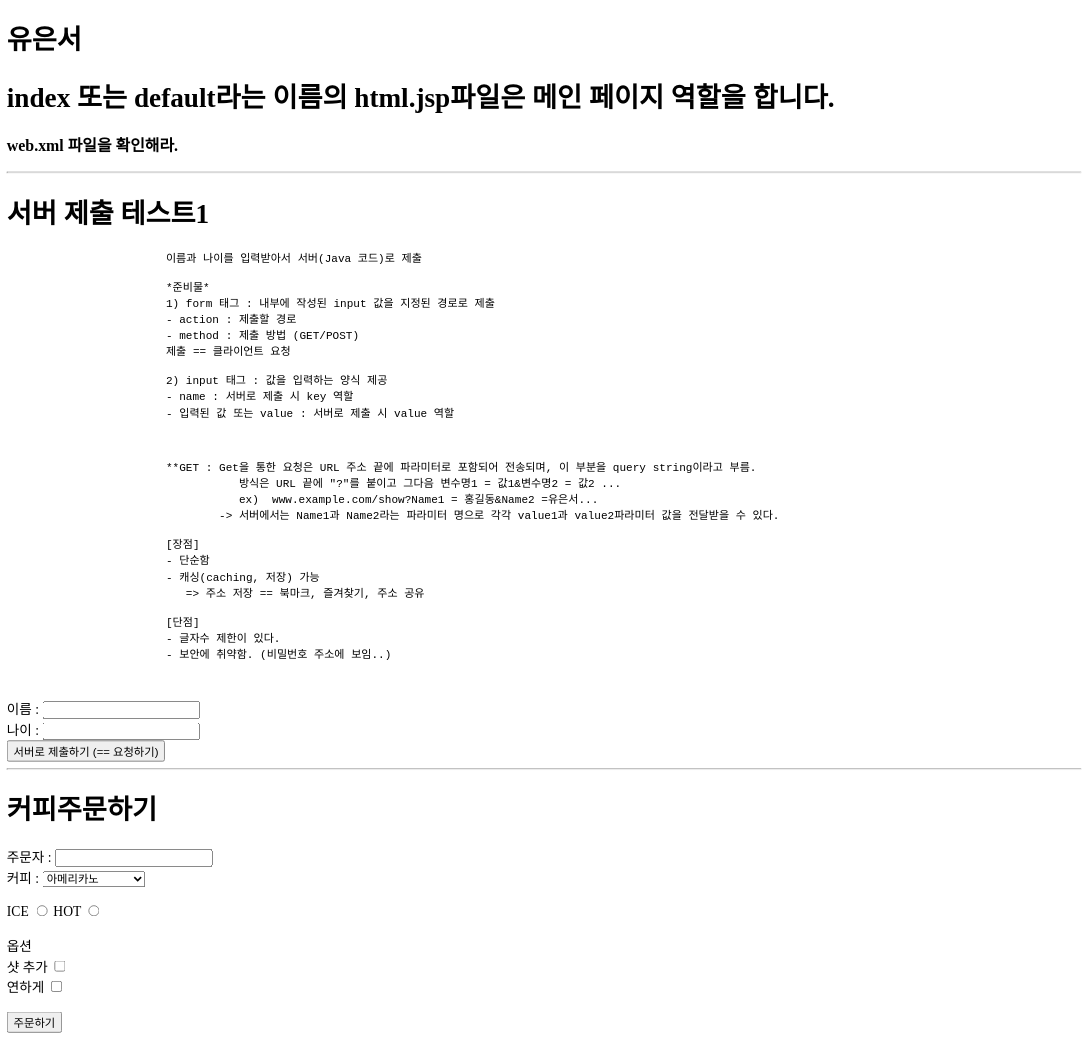
Repository: vegayes/06_Server
Page: ServletProject/src/main/webapp/index.html
These files come from the project's save history. The page is drawn as it stood at one moment and after the next save; the edit follows.
The browser window is 1280 px wide. The pictures show the whole page, at 85% of full size.

Above is the page before, as saved 2023-09-15 02:54:42.

### ServletProject/src/main/webapp/index.html
<!DOCTYPE html>
<html lang="en">
	<head>
		<meta charset="UTF-8">
		<meta name="viewport" content="width=device-width, initial-scale=1.0">
		<title>Servlet 프로젝트</title>
	</head>
	<body>
		<h1>유은서</h1>
		<h1>index 또는 default라는 이름의 html.jsp파일은 메인 페이지 역할을 합니다.</h1>
		<h3>web.xml 파일을 확인해라.</h3>

		<hr>

		<h1>서버 제출 테스트1</h1>
		<pre>
			이름과 나이를 입력받아서 서버(Java 코드)로 제출

			*준비물*
			1) form 태그 : 내부에 작성된 input 값을 지정된 경로로 제출
			- action : 제출할 경로
			- method : 제출 방법 (GET/POST)
			제출 == 클라이언트 요청

			2) input 태그 : 값을 입력하는 양식 제공
			- name : 서버로 제출 시 key 역할
			- 입력된 값 또는 value : 서버로 제출 시 value 역할



			**GET : Get을 통한 요청은 URL 주소 끝에 파라미터로 포함되어 전송되며, 이 부분을 query string이라고 부름.
				   방식은 URL 끝에 "?"를 붙이고 그다음 변수명1 = 값1&변수명2 = 값2 ...
				   ex) 	www.example.com/show?Name1 = 홍길동&Name2 =유은서...
				-> 서버에서는 Name1과 Name2라는 파라미터 명으로 각각 value1과 value2파라미터 값을 전달받을 수 있다.

			[장점]
			- 단순함
			- 캐싱(caching, 저장) 가능
			   => 주소 저장 == 북마크, 즐겨찾기, 주소 공유

			[단점]
			- 글자수 제한이 있다.
			- 보안에 취약함. (비밀번호 주소에 보임..)

		</pre>

		<form action ="/example1" method="get">
			이름 : <input type ="text" name = "inputName"> <br>
			나이 : <input type="number" name = "inputAge"> <br>

			<button>서버로 제출하기 (== 요청하기)</button>
		</form>

		<hr>
		<h1>커피주문하기</h1>

		<form action ="/example2" method="get">
			주문자 : <input name ="orderer">
			<br>
			<!-- option에 value 없으면 작성된 내용이 value가 됨.-->
			커피 :
			<select name = "coffee">
				<option>아메리카노</option>
				<option>카페라떼</option>
				<option>카푸치노</option>
				<option>콜드브루</option>
				<option>민트초코칩프라페</option>
			</select>

			<br><br>
			ICE <input type ="radio" name = "type" value="ICE">
			HOT <input type ="radio" name = "type" value="HOT">
			<!--radio타입에서  value값 지정하지 않으면 on으로 제출됨 그래서 value값 지정하길 권장-->

			<br><br>
			옵션 <br>
			샷 추가 <input type="checkbox" name = "opt" value = "shot">
			<br>
			연하게 <input type="checkbox" name = "opt" value = "mild">

			<br><br>
			<button>주문하기</button>

		</form>




	</body>
</html>

After the next save:
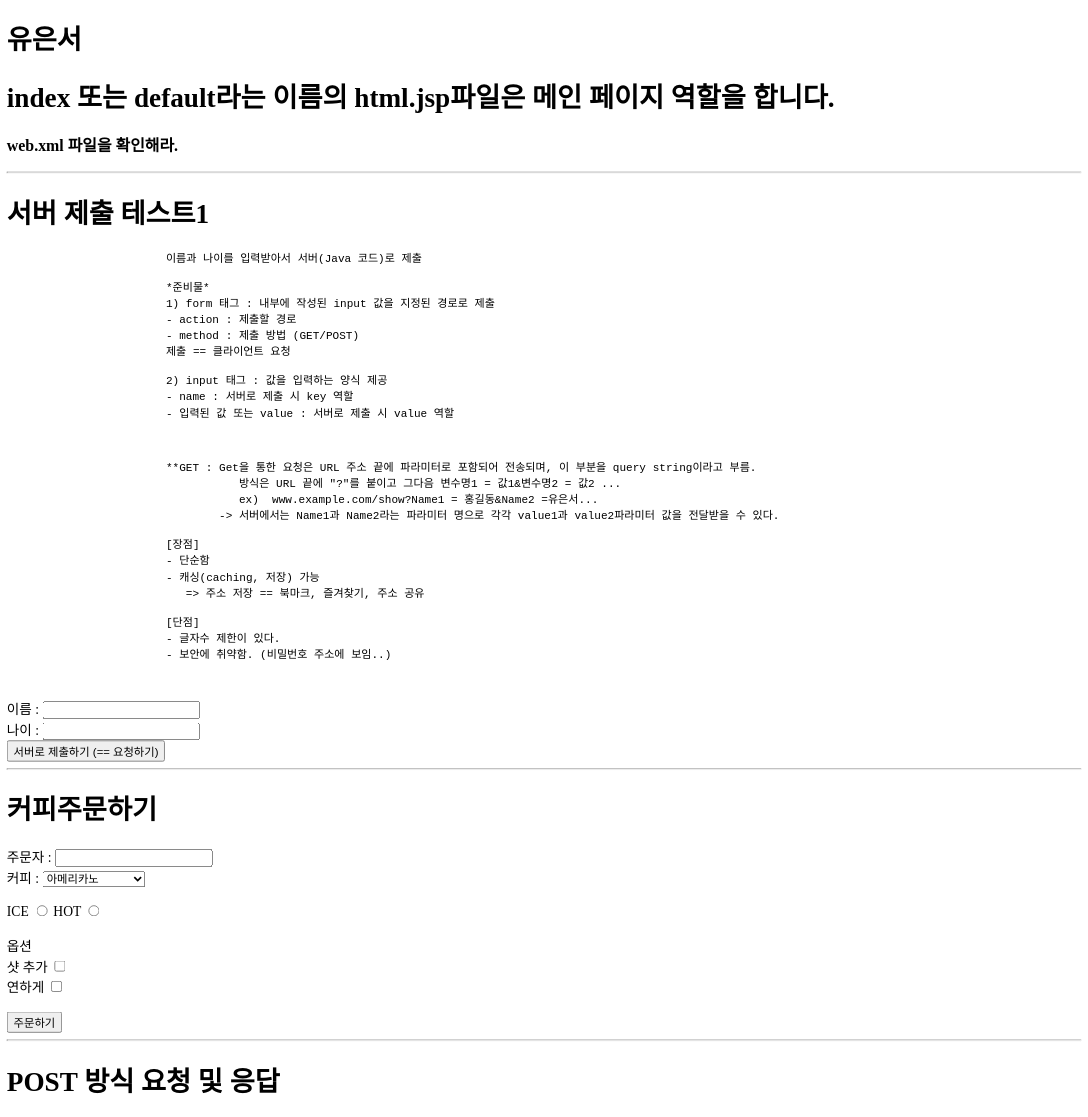
Saved 6 min 41 s later.
--- a/ServletProject/src/main/webapp/index.html
+++ b/ServletProject/src/main/webapp/index.html
@@ -84,6 +84,9 @@
 		</form>
 
 
+		<hr>
+
+		<h1>POST 방식 요청 및 응답</h1>
 
 
 	</body>
